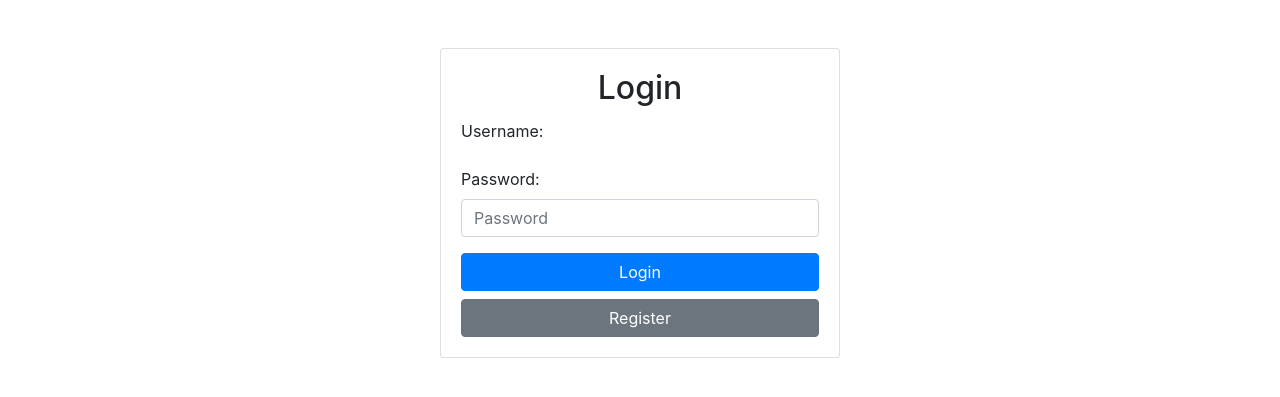
Repository: apps-eduard/TH_MONITORING_v1
Page: http://localhost/user_profile/login/
The author's editor kept a copy of each file at every save. The page is drawn from the files as they stood at one save, then again after a run of saves.
The browser window is 1280 px wide. The pictures show the whole page.
Some web libraries are served in a nearby version. The page is served by the project's application, run on Django 5.2 (manage.py).

Above is the page before, as saved 2024-03-26 13:30:40.

After the next 2 saves:
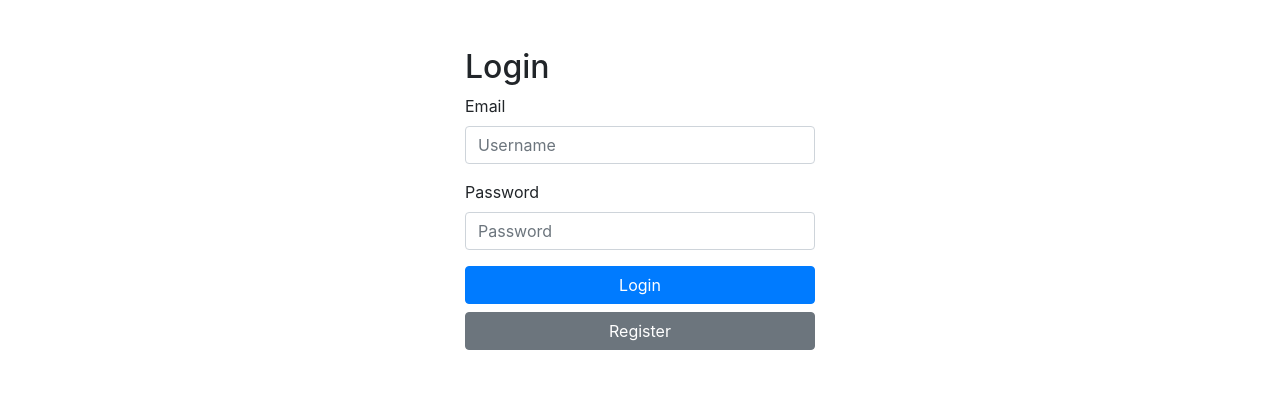
The 2 saves are shown as one change because 1 did not build or start.
The last was saved 67 s later.
--- a/user_profile/templates/user_profile/login.html
+++ b/user_profile/templates/user_profile/login.html
@@ -1,26 +1,30 @@
 {% extends 'base.html' %}
 
 {% block content %}
-<div class="container">
-    <div class="card mx-auto mt-5" style="max-width: 400px;">
-        <div class="card-body">
-            <h2 class="card-title text-center">Login</h2>
-            <form method="post">
+<div class="container mt-5">
+    <div class="row">
+        <div class="col-md-4 mx-auto">
+            <h2>Login</h2>
+            <form method="POST" class="form-horizontal">
                 {% csrf_token %}
+                {% for field in form %}
+                    <div class="mb-3">
+                        <label for="{{ field.id_for_label }}" class="form-label">{{ field.label }}</label>
+                        {{ field }} <!-- No add_class filter needed -->
+                        {% if field.help_text %}
+                            <small class="form-text text-muted">{{ field.help_text }}</small>
+                        {% endif %}
+                        {% for error in field.errors %}
+                            <div class="alert alert-danger">{{ error }}</div>
+                        {% endfor %}
+                    </div>
+                {% endfor %}
                 <div class="form-group">
-                    <label for="{{ form.username.id_for_label }}">Username:</label>
-                    {{ form.username }}
+                    <button type="submit" class="btn btn-primary btn-block">Login</button>
+                    <a href="{% url 'user_profile:register' %}" class="btn btn-secondary btn-block">Register</a>
                 </div>
-                <div class="form-group">
-                    <label for="{{ form.password.id_for_label }}">Password:</label>
-                    {{ form.password }}
-                </div>
-
-                <button type="submit" class="btn btn-primary btn-block">Login</button>
-                <a href="{% url 'user_profile:register' %}" class="btn btn-secondary btn-block">Register</a>
             </form>
-
-        </div>
+    </div>
     </div>
 </div>
 {% endblock %}
